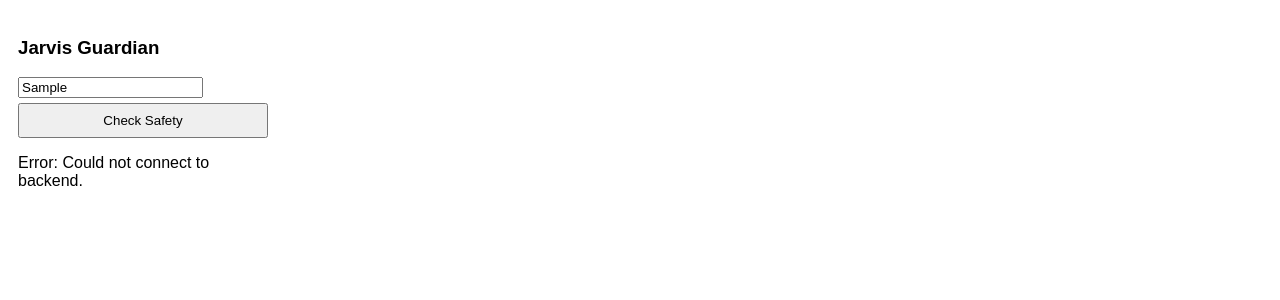
Repository: SG-Coder67/DigitalDistressAI
Page: frontend/plugin/popup.html
An editor plug-in stored every save of this project. The page is shown before and after the next save, followed by the edit.
The browser window is 1280 px wide. The pictures show the whole page.
Empty fields were first filled with sample values (such as "Sample", 5 or name@example.com).
After loading, the first visible `#checkBtn` was clicked once.
The page's requests for data from a server got no answer.

Above is the page before, as saved 2025-09-22 17:26:48.

After the next save:
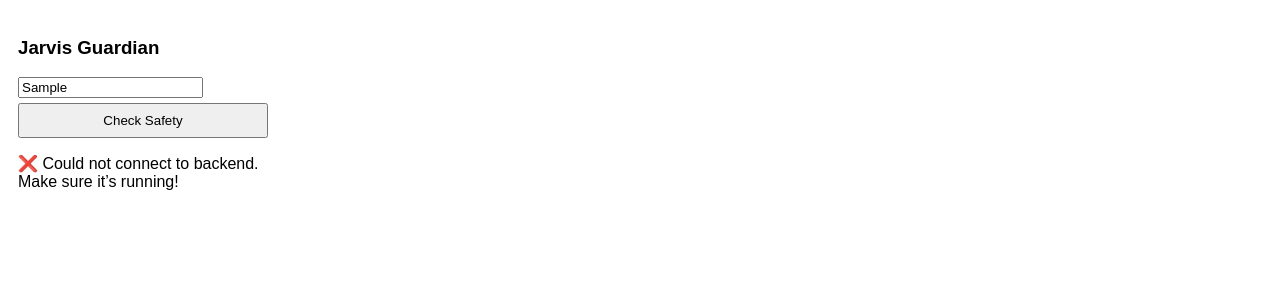
Saved 44 s later.
--- a/frontend/plugin/popup.js
+++ b/frontend/plugin/popup.js
@@ -3,25 +3,28 @@
   const resultEl = document.getElementById("result");
 
   if (!input) {
-    resultEl.innerText = "Please enter text or URL.";
+    resultEl.innerText = "Please enter a URL or text.";
     return;
   }
 
-  // Decide endpoint
+  // Choose endpoint based on input type
   const endpoint = input.startsWith("http")
-    ? "http://127.0.0.1:5000/analyze/url"
-    : "http://127.0.0.1:5000/analyze/text";
+    ? "http://127.0.0.1:5000/analyze/url"   // calls blueprint URL handler
+    : "http://127.0.0.1:5000/analyze/text"; // calls text analysis
 
   try {
     const res = await fetch(endpoint, {
       method: "POST",
       headers: { "Content-Type": "application/json" },
-      body: JSON.stringify({ input }),
+      body: JSON.stringify({ input })
     });
+
+    if (!res.ok) throw new Error("Backend returned error");
 
     const data = await res.json();
     resultEl.innerText = `Result: ${data.result}\nReasons: ${data.reasons.join(", ")}`;
   } catch (err) {
-    resultEl.innerText = "Error: Could not connect to backend.";
+    resultEl.innerText = "❌ Could not connect to backend. Make sure it’s running!";
+    console.error(err);
   }
 });
